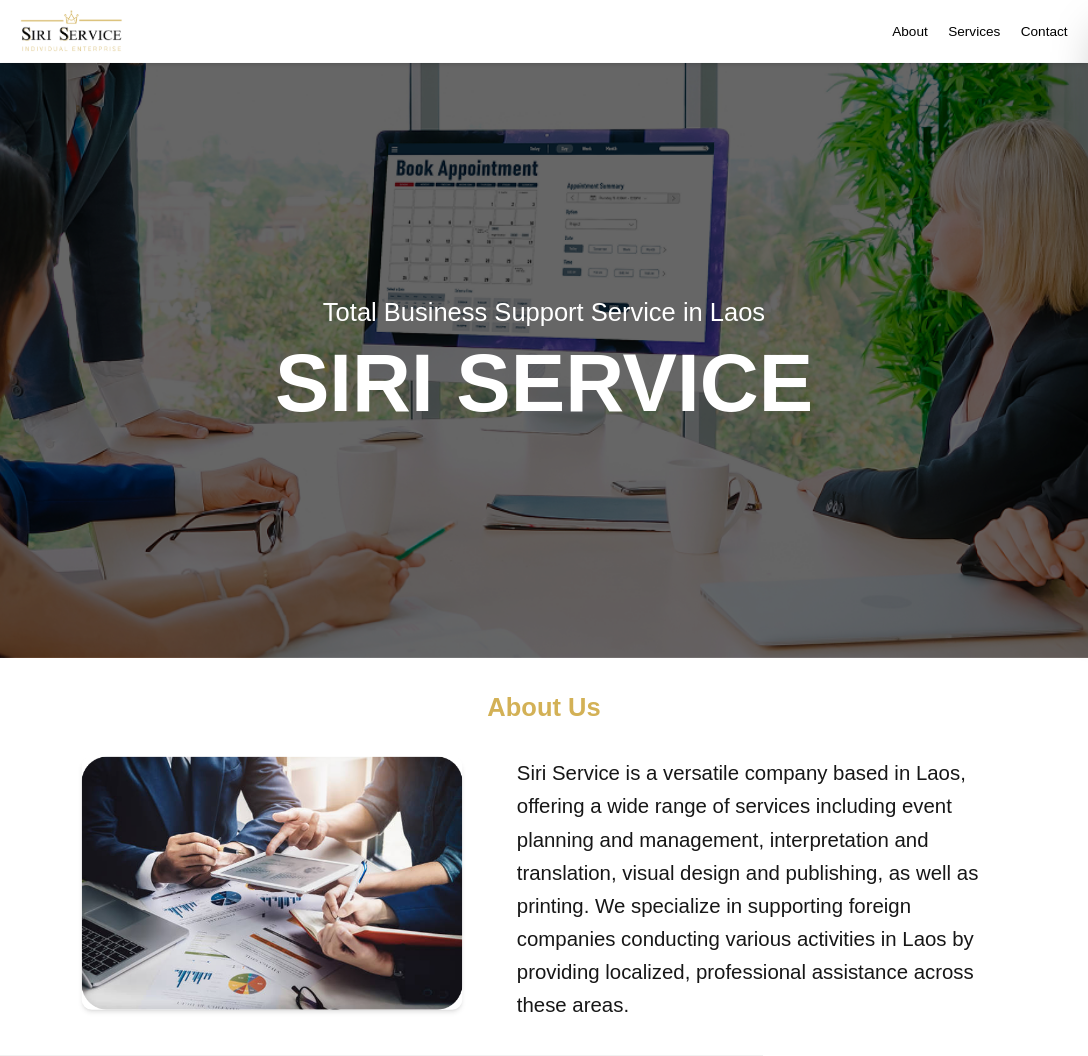
Repository: Phailin-teamplate/siri-service-web
Page: /
An editor plug-in stored every save of this project. The page is shown before and after the next save, followed by the edit.
The browser window is 1280 px wide. The pictures show the whole page, at 85% of full size.
The project was rebuilt for these pictures with package versions that can differ from the ones it lists, and the page was loaded fresh each time. The framework's server and built-in components were replaced by stand-ins that run in the browser. Also part of the build but not shown: next.config.ts.

Above is the page before, as saved 2025-07-02 14:24:18.

### src/app/layout.tsx
"use client";

import React, { useState, useEffect } from "react";
import { ArrowUpIcon } from "@heroicons/react/24/solid"; // Importing the arrow icon
// import { Geist, Geist_Mono } from "next/font/google";
// import { Inter, Noto_Sans_Lao } from "next/font/google";
import "./globals.css";
import Navbar from "@/src/components/navbar";

// const inter = Inter({ subsets: ["latin"] });
// const notoSansLao = Noto_Sans_Lao({ subsets: ["lao"] });

// const geistSans = Geist({
//   variable: "--font-geist-sans",
//   subsets: ["latin"],
// });
// const geistMono = Geist_Mono({
//   variable: "--font-geist-mono",
//   subsets: ["latin"],
// });

export default function RootLayout({
  children,
}: Readonly<{
  children: React.ReactNode;
}>) {
  const [isVisible, setIsVisible] = useState(false);

  // Detect scroll position and show button when scrolling down
  const handleScroll = () => {
    if (window.scrollY > 300) {
      setIsVisible(true);
    } else {
      setIsVisible(false);
    }
  };

  useEffect(() => {
    window.addEventListener("scroll", handleScroll);
    return () => {
      window.removeEventListener("scroll", handleScroll);
    };
  }, []);

  const scrollToTop = () => {
    window.scrollTo({ top: 0, behavior: "smooth" });
  };

  return (
    <html lang="en">
      {/* <body
        className={`${geistSans.variable} ${geistMono.variable} ${inter.className}  ${notoSansLao.className} antialiased`}
      > */}
      <body className="bg-white">
        <Navbar />
        {children}
        {/* <Footer /> */}

        {/* Popup Button with Icon for Scrolling to Top */}
        {isVisible && (
          <button
            onClick={scrollToTop}
            className="fixed bottom-2 right-5 md:bottom-5 md:right-10 bg-blue-500 text-white p-2 md:p-4 rounded-full shadow-lg hover:bg-blue-600 focus:outline-none transition-transform transform hover:scale-110"
          >
            {/* Heroicon Arrow Up Icon */}
            <ArrowUpIcon className="h-5 w-5 md:h-6 md:w-6" />
          </button>
        )}
      </body>
    </html>
  );
}

### src/app/page.tsx
import React from "react";
import Homepage from "@/src/components/Homepage";
import About from "@/src/components/About";

export const metadata = {
  title: "About | TEAMPLATE",
  description:
    "Learn about TEAMPLATE — our story, mission, team, and values that drive our innovation.",
  keywords: ["teamplate", "about", "our story", "mission", "values", "team"],
  openGraph: {
    title: "About | TEAMPLATE",
    description:
      "Discover TEAMPLATE's story, mission, and the people behind our success.",
    url: "https://yourdomain.com/about",
    siteName: "TEAMPLATE",
    images: [
      {
        url: "https://yourdomain.com/images/about-og.jpg", // ✅ Replace with actual path
        width: 1200,
        height: 630,
        alt: "About TEAMPLATE",
      },
    ],
    locale: "en_US",
    type: "website",
  },
};

export default function Home() {
  return (
    <section className="w-full" id="about">
      <Homepage/>
      <About/>
    </section>
  );
}

### src/components/navbar.tsx
import { useState, useCallback, useEffect } from "react";
import Image from "next/image";
import { Menu, X } from "lucide-react";
import Logo from "@/public/logo/Siri Service.png";

export default function Navbar() {
  const [isOpen, setIsOpen] = useState(false);

  // Function for smooth scrolling
  const handleSmoothScroll = useCallback((targetId: string) => {
    setIsOpen(false); // Close the sidebar

    if (targetId === "/") {
      window.scrollTo({ top: 0, behavior: "smooth" });
    } else {
      const targetElement = document.querySelector(targetId);
      if (targetElement) {
        targetElement.scrollIntoView({ behavior: "smooth" });
      }
    }
  }, []);

  const [isScrolled, setIsScrolled] = useState(false);

  // Detect scroll to change navbar background
  useEffect(() => {
    const handleScroll = () => {
      const scrollTop = window.scrollY;
      setIsScrolled(scrollTop > 10); // Trigger when scrolled 10px
    };

    window.addEventListener("scroll", handleScroll);

    return () => window.removeEventListener("scroll", handleScroll);
  }, []);

  return (
    <div className="w-full sticky top-0 z-50 bg-white shadow-md">
      <nav className="flex items-center justify-between px-6 py-3">
        {/* Logo */}
        <button
          onClick={() => handleSmoothScroll("/")}
          className="p-0 border-none bg-transparent active:opacity-80"
        >
          <Image
            className="w-20 sm:w-20 md:w-30 lg:w-30 xl:w-30 2xl:w-30 h-auto"
            src={Logo}
            alt="Appstore"
            priority
          />
        </button>

        {/* Desktop Links */}
        <div className="hidden md:flex gap-6">
          <button
            onClick={() => handleSmoothScroll("#about")}
            className="hover:text-blue-600 hover:underline transition-colors text-black duration-200 cursor-pointer"
          >
            About
          </button>
          <button
            onClick={() => handleSmoothScroll("#services")}
            className="hover:text-blue-600 hover:underline transition-colors text-black duration-200 cursor-pointer"
          >
            Services
          </button>
          <button
            onClick={() => handleSmoothScroll("#contact")}
            className="hover:text-blue-600 hover:underline transition-colors text-black duration-200 cursor-pointer"
          >
            Contact
          </button>
        </div>

        {/* Mobile Menu Button */}
        <button
          className="md:hidden focus:outline-none"
          onClick={() => setIsOpen(!isOpen)}
          aria-label="Toggle Menu"
        >
          {isOpen ? <X size={28} /> : <Menu size={28} />}
        </button>
      </nav>

      {/* Overlay (Closes menu when clicked) */}
      {isOpen && (
        <div
          className="fixed inset-0 z-40"
          onClick={() => setIsOpen(false)}
        ></div>
      )}

      {/* Mobile Sidebar */}
      <div
        className={`fixed top-0 right-0 h-full w-64 bg-white shadow-2xl p-6 flex flex-col transition-transform ${
          isOpen ? "translate-x-0" : "translate-x-full"
        } duration-300 ease-in-out z-50`}
      >
        {/* Sidebar Header */}
        <div className="flex justify-between items-center pb-4 mt-1">
          <h3 className="text-black text-2xl font-semibold">Menu</h3>
          <button
            className="text-black text-3xl font-bold focus:outline-none"
            onClick={() => setIsOpen(false)}
            aria-label="Close Menu"
          >
            <X size={28} />
          </button>
        </div>

        {/* Sidebar Links */}
        <div className="flex flex-col items-start gap-4 pb-4">
          <button
            onClick={() => handleSmoothScroll("#about")}
            className="hover:text-blue-600 hover:underline transition-colors duration-200 cursor-pointer"
          >
            About
          </button>
          <button
            onClick={() => handleSmoothScroll("#services")}
            className="hover:text-blue-600 hover:underline transition-colors duration-200 cursor-pointer"
          >
            Services
          </button>
          <button
            onClick={() => handleSmoothScroll("#contact")}
            className="hover:text-blue-600 hover:underline transition-colors duration-200 cursor-pointer"
          >
            Contact
          </button>
        </div>
      </div>
    </div>
  );
}

### src/components/Homepage.tsx
import Image from "next/image";
import BgSiri from "@/public/bg-siri.png";
import type { Metadata } from "next";

export const metadata: Metadata = {
  title: "SiriService | About Us",
  description: "We are a Laos-based IT startup aiming for the global market.",
};

export default function Homepage() {
  return (
    <div className="flex flex-col ">
      <div className="flex justify-center">
        <div className="relative w-full h-[400px] xs:h-[600px] sm:h-[650px] md:h-[700px] lg:h-[700px]">
          {/* Background Image */}
          <Image src={BgSiri} alt="StartUp" fill className="object-cover" />

          {/* Gradient Overlay */}
          <div className="absolute inset-0 bg-black/60 z-10" />

          {/* Centered Content */}
          <div className="absolute inset-0 z-20 flex flex-col items-center justify-center text-center px-4">
            <div className="mb-4 sm:mb-4">
              <p className="text-white text-sm xs:text-base sm:text-xl md:text-3xl font-medium">
                Total Business Support Service in Laos
              </p>
            </div>
            <h1 className="text-white text-4xl xs:text-5xl sm:text-6xl md:text-7xl lg:text-8xl font-bold">
              SIRI SERVICE
            </h1>
          </div>
        </div>
      </div>


    </div>
  );
}

### src/components/About.tsx
"use client";

import Image from "next/image";
import AboutSV from "@/public/About.png";
import type { Metadata } from "next";

export const metadata: Metadata = {
  title: "Teamplate",
  description: "We are a Laos-based IT startup aiming for the global market.",
};

export default function About() {
  return (
    <div className="w-full bg-white px-6 md:px-12 py-10" id="about">
      {/* Section Title */}
      <div className="text-center flex justify-center md:text-left mb-10">
        <h2 className="text-2xl md:text-3xl font-extrabold text-[#D3B156]">
          About Us
        </h2>
      </div>

      {/* Content: Image + Text */}
      <div className="flex flex-col md:flex-row items-start justify-center gap-10 md:gap-16">
        {/* Image */}
        <div className="w-full max-w-md rounded-xl overflow-hidden shadow-md">
          <Image
            src={AboutSV}
            alt="About"
            width={602}
            height={540}
            className="object-cover w-full h-auto rounded-xl"
            priority
          />
        </div>

        {/* Text */}
        <div className="w-full max-w-xl text-center md:text-left">

          <p className="text-2xl md:text-2xl font-medium leading-relaxed">
            Siri Service is a versatile company based in Laos, offering a wide range of
            services including event planning and management, interpretation and
            translation, visual design and publishing, as well as printing. We specialize
            in supporting foreign companies conducting various activities in Laos by
            providing localized, professional assistance across these areas.
          </p>
        </div>
      </div>
    </div>
  );
}

Loaded but not shown: src/app/globals.css (common file)

After the next save:
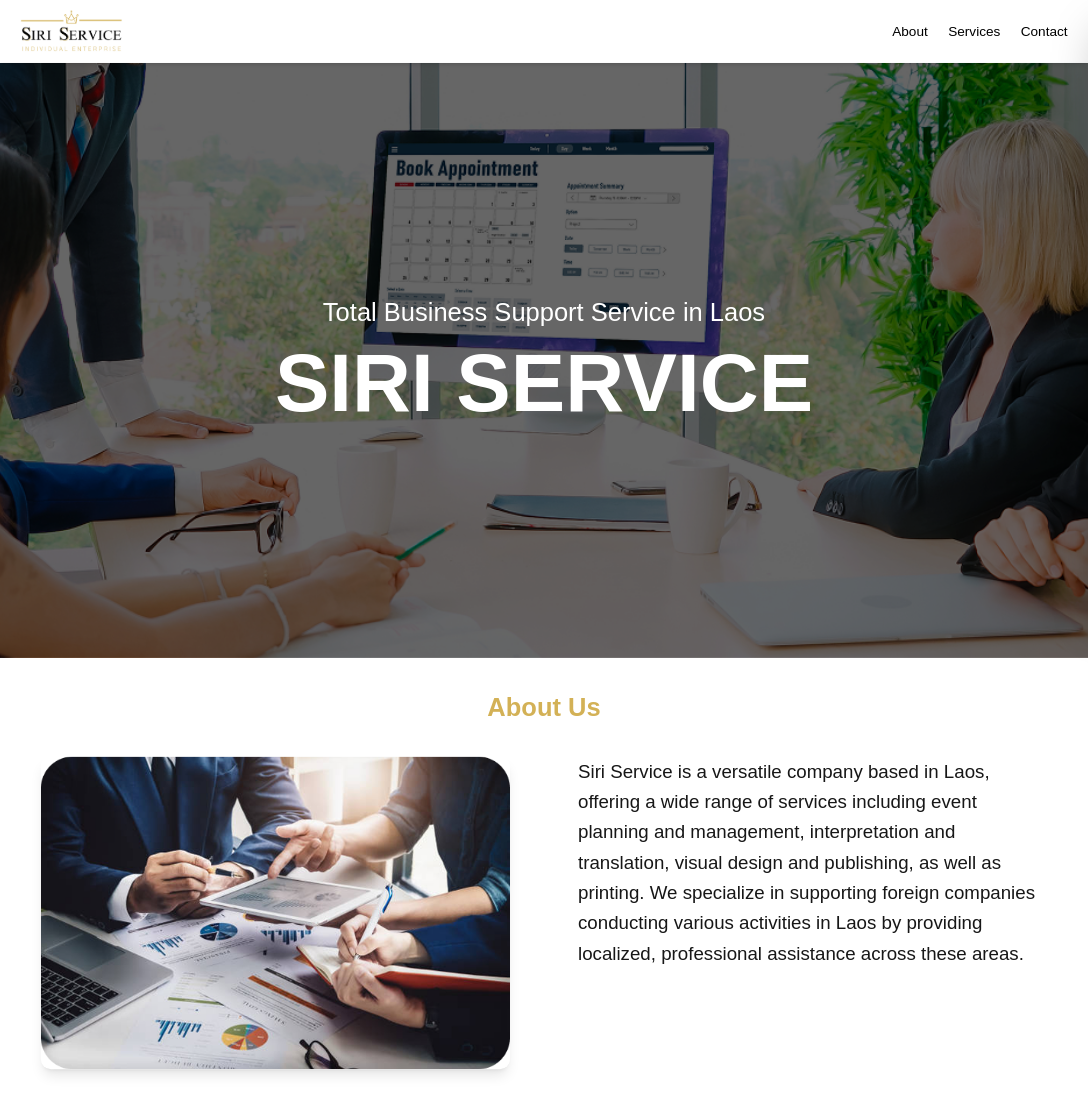
Saved 66 s later.
--- a/src/components/About.tsx
+++ b/src/components/About.tsx
@@ -20,31 +20,31 @@
       </div>
 
       {/* Content: Image + Text */}
-      <div className="flex flex-col md:flex-row items-start justify-center gap-10 md:gap-16">
-        {/* Image */}
-        <div className="w-full max-w-md rounded-xl overflow-hidden shadow-md">
-          <Image
-            src={AboutSV}
-            alt="About"
-            width={602}
-            height={540}
-            className="object-cover w-full h-auto rounded-xl"
-            priority
-          />
-        </div>
+    <div className="flex flex-col md:flex-row items-start justify-center gap-12 md:gap-20">
+  {/* Image */}
+  <div className="w-full max-w-[660px] rounded-xl overflow-hidden shadow-lg">
+    <Image
+      src={AboutSV}
+      alt="About"
+      width={660} // เพิ่มจาก 602
+      height={580} // เพิ่มจาก 540
+      className="object-cover w-full h-auto rounded-xl"
+      priority
+    />
+  </div>
 
-        {/* Text */}
-        <div className="w-full max-w-xl text-center md:text-left">
+  {/* Text */}
+  <div className="w-full max-w-[720px] text-center md:text-left">
+    <p className="text-[22px] md:text-[22px] font-medium leading-relaxed">
+      Siri Service is a versatile company based in Laos, offering a wide range of
+      services including event planning and management, interpretation and
+      translation, visual design and publishing, as well as printing. We specialize
+      in supporting foreign companies conducting various activities in Laos by
+      providing localized, professional assistance across these areas.
+    </p>
+  </div>
+</div>
 
-          <p className="text-2xl md:text-2xl font-medium leading-relaxed">
-            Siri Service is a versatile company based in Laos, offering a wide range of
-            services including event planning and management, interpretation and
-            translation, visual design and publishing, as well as printing. We specialize
-            in supporting foreign companies conducting various activities in Laos by
-            providing localized, professional assistance across these areas.
-          </p>
-        </div>
-      </div>
     </div>
   );
 }
